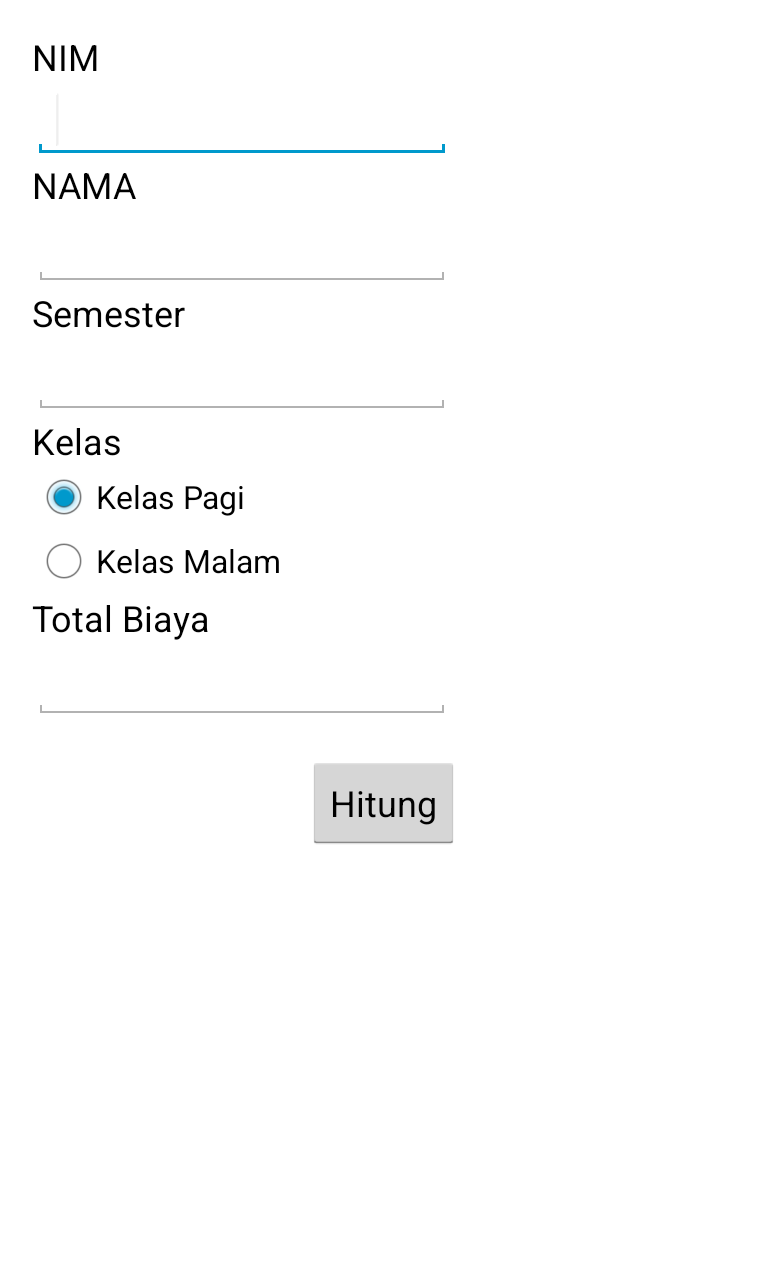
Repository: Wardiyansyah/mobile-programming-java
Layout: 2028807039/res/layout/activity_main2.xml
The author's editor kept a copy of each file at every save. The layout is drawn from the files as they stood at one save, then again after the next save.
It is drawn on a 768 x 1280 px phone screen (xhdpi) without system bars, with theme AppTheme; the app's code is not run.

Above is the layout before, as saved 2026-10-25 07:16:35.

### 2028807039/res/layout/activity_main2.xml
<RelativeLayout xmlns:android="http://schemas.android.com/apk/res/android"
    xmlns:tools="http://schemas.android.com/tools"
    android:layout_width="match_parent"
    android:layout_height="match_parent"
    android:paddingBottom="@dimen/activity_vertical_margin"
    android:paddingLeft="@dimen/activity_horizontal_margin"
    android:paddingRight="@dimen/activity_horizontal_margin"
    android:paddingTop="@dimen/activity_vertical_margin"
    tools:context=".MainActivity2" >

    <TextView
        android:id="@+id/textView1"
        android:layout_width="wrap_content"
        android:layout_height="wrap_content"
        android:layout_alignParentLeft="true"
        android:layout_alignParentTop="true"
        android:text="NIM"
        android:textAppearance="?android:attr/textAppearanceMedium" />

    <EditText
        android:id="@+id/txtNim"
        android:layout_width="wrap_content"
        android:layout_height="wrap_content"
        android:layout_alignParentLeft="true"
        android:layout_below="@+id/textView1"
        android:ems="10" >

        <requestFocus />
    </EditText>

    <EditText
        android:id="@+id/txtNama"
        android:layout_width="wrap_content"
        android:layout_height="wrap_content"
        android:layout_alignLeft="@+id/textView2"
        android:layout_below="@+id/textView2"
        android:ems="10" />

    <RadioGroup
        android:id="@+id/grpKelas"
        android:layout_width="wrap_content"
        android:layout_height="wrap_content"
        android:layout_alignLeft="@+id/textView4"
        android:layout_below="@+id/textView4" >

        <RadioButton
            android:id="@+id/optPagi"
            android:layout_width="wrap_content"
            android:layout_height="wrap_content"
            android:checked="true"
            android:text="Kelas Pagi" />

        <RadioButton
            android:id="@+id/optMalam"
            android:layout_width="wrap_content"
            android:layout_height="wrap_content"
            android:text="Kelas Malam" />
    </RadioGroup>

    <TextView
        android:id="@+id/textView2"
        android:layout_width="wrap_content"
        android:layout_height="wrap_content"
        android:layout_alignLeft="@+id/txtNim"
        android:layout_below="@+id/txtNim"
        android:text="NAMA"
        android:textAppearance="?android:attr/textAppearanceMedium" />

    <TextView
        android:id="@+id/textView3"
        android:layout_width="wrap_content"
        android:layout_height="wrap_content"
        android:layout_alignLeft="@+id/txtNama"
        android:layout_below="@+id/txtNama"
        android:text="Semester"
        android:textAppearance="?android:attr/textAppearanceMedium" />

    <EditText
        android:id="@+id/txtSmt"
        android:layout_width="wrap_content"
        android:layout_height="wrap_content"
        android:layout_alignLeft="@+id/textView3"
        android:layout_below="@+id/textView3"
        android:ems="10"
        android:inputType="number" />

    <TextView
        android:id="@+id/textView4"
        android:layout_width="wrap_content"
        android:layout_height="wrap_content"
        android:layout_alignLeft="@+id/txtSmt"
        android:layout_below="@+id/txtSmt"
        android:text="Kelas"
        android:textAppearance="?android:attr/textAppearanceMedium" />

    <TextView
        android:id="@+id/textView5"
        android:layout_width="wrap_content"
        android:layout_height="wrap_content"
        android:layout_alignLeft="@+id/grpKelas"
        android:layout_below="@+id/grpKelas"
        android:text="Total Biaya"
        android:textAppearance="?android:attr/textAppearanceMedium" />

    <EditText
        android:id="@+id/txtTotal"
        android:layout_width="wrap_content"
        android:layout_height="wrap_content"
        android:layout_alignLeft="@+id/textView5"
        android:layout_below="@+id/textView5"
        android:ems="10"
        android:inputType="number" />

    <Button
        android:id="@+id/btnHitung"
        android:layout_width="wrap_content"
        android:layout_height="wrap_content"
        android:layout_below="@+id/txtTotal"
        android:layout_centerHorizontal="true"
        android:layout_marginTop="17dp"
        android:text="Hitung" />

</RelativeLayout>

Loaded but not shown: 2028807039/res/values/styles.xml (common file); 2028807039/res/values-v11/styles.xml (common file); 2028807039/res/values-v14/styles.xml (common file); 2028807039/res/values/dimens.xml (common file)

After the next save:
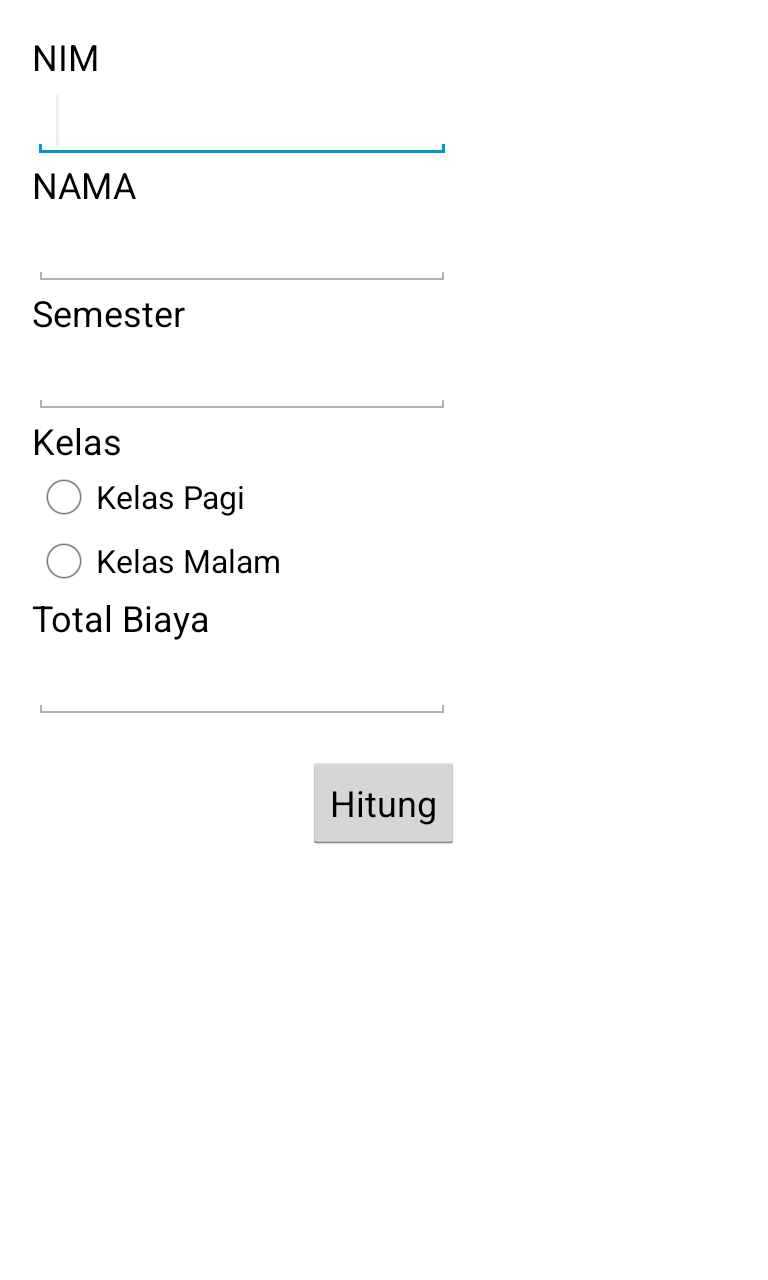
Saved 4 min 39 s later.
--- a/2028807039/res/layout/activity_main2.xml
+++ b/2028807039/res/layout/activity_main2.xml
@@ -47,7 +47,6 @@
             android:id="@+id/optPagi"
             android:layout_width="wrap_content"
             android:layout_height="wrap_content"
-            android:checked="true"
             android:text="Kelas Pagi" />
 
         <RadioButton
